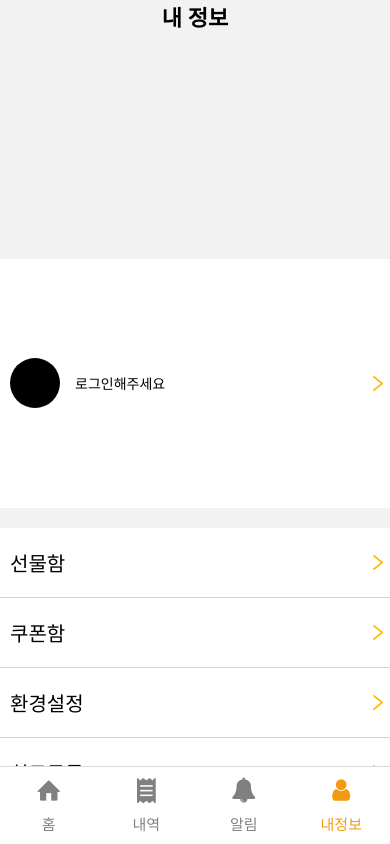
Repository: Unique0902/GachiDutch
Screen: /User
An editor plug-in stored every save of this project. The screen is shown before and after the next save, followed by the edit.
The app was drawn by React Native's web renderer in a window 390 px wide. The project was rebuilt for these pictures with package versions that can differ from the ones it lists, and the page was loaded fresh each time. Some packages were replaced by stand-ins written for this rebuild. Also part of the build but not shown: sources/components/lowBar/lowBar.jsx, sources/components/taxi/taxi.jsx, sources/components/alarm/alert.js, sources/components/alarm/alarm.jsx, sources/components/dutch_history/dutch_history.jsx, sources/components/dutchpay_historys/dutchpay_historys.jsx, sources/components/delivery_historys/delivery_historys.jsx, sources/components/taxi_historys/taxi_historys.jsx and 3 more.

Above is the screen before, as saved 2022-11-11 17:04:07.

After the next save:
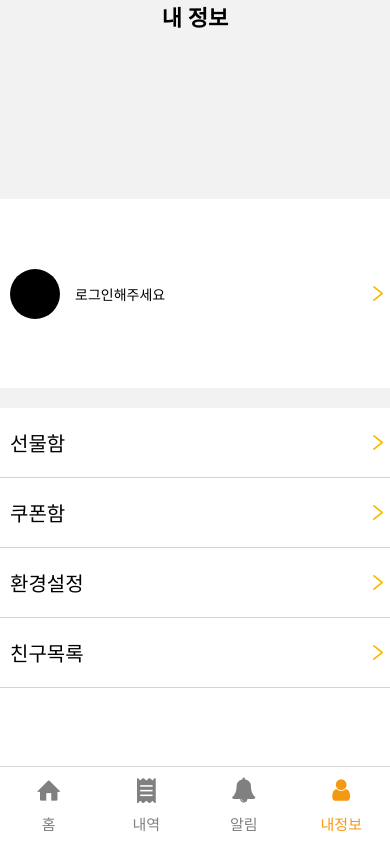
Saved 14 s later.
--- a/sources/components/user/user.jsx
+++ b/sources/components/user/user.jsx
@@ -56,7 +56,7 @@ export default function User({
         </View>
         <AntDesign style={styles.enter} name='right' size={20} />
       </Pressable>
-      <ScrollView style={styles.menus}>
+      <View style={styles.menus}>
         <Pressable style={styles.enterMenu}>
           <Text style={styles.menuText}>선물함</Text>
           <AntDesign style={styles.enter} name='right' size={20} />
@@ -90,7 +90,7 @@ export default function User({
             </Text>
           </Pressable>
         )} */}
-      </ScrollView>
+      </View>
     </View>
     //내정보
   );
